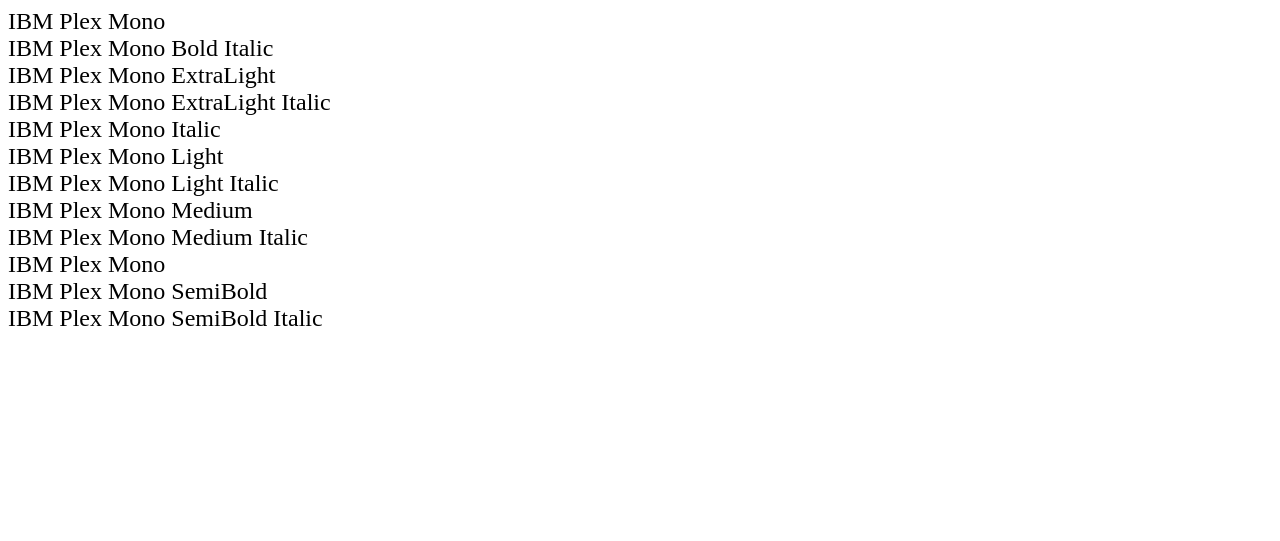
Repository: prav10194/ibm-carbon-components-vanilla
Page: fonts/index.html
An editor plug-in stored every save of this project. The page is shown before and after the next save, followed by the edit.
The browser window is 1280 px wide. The pictures show the whole page.
Some web fonts or font styles are not loaded; a fallback is used.

Above is the page before, as saved 2020-11-12 18:54:19.

After the next save:
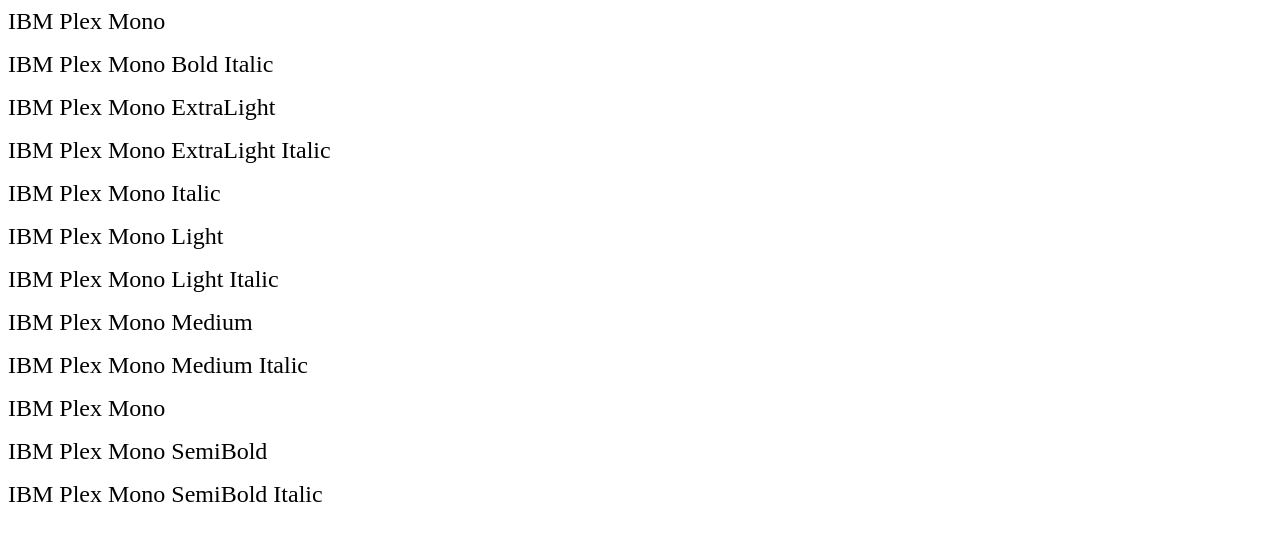
Saved 40 s later.
--- a/fonts/index.html
+++ b/fonts/index.html
@@ -9,7 +9,7 @@
     <title>Font example</title>
 </head>
 <style>
-    .fontdiv > * :not(:first-child) {
+    .fontdiv > *:not(:first-child) {
         margin-top: 1rem;
     }
 </style>
